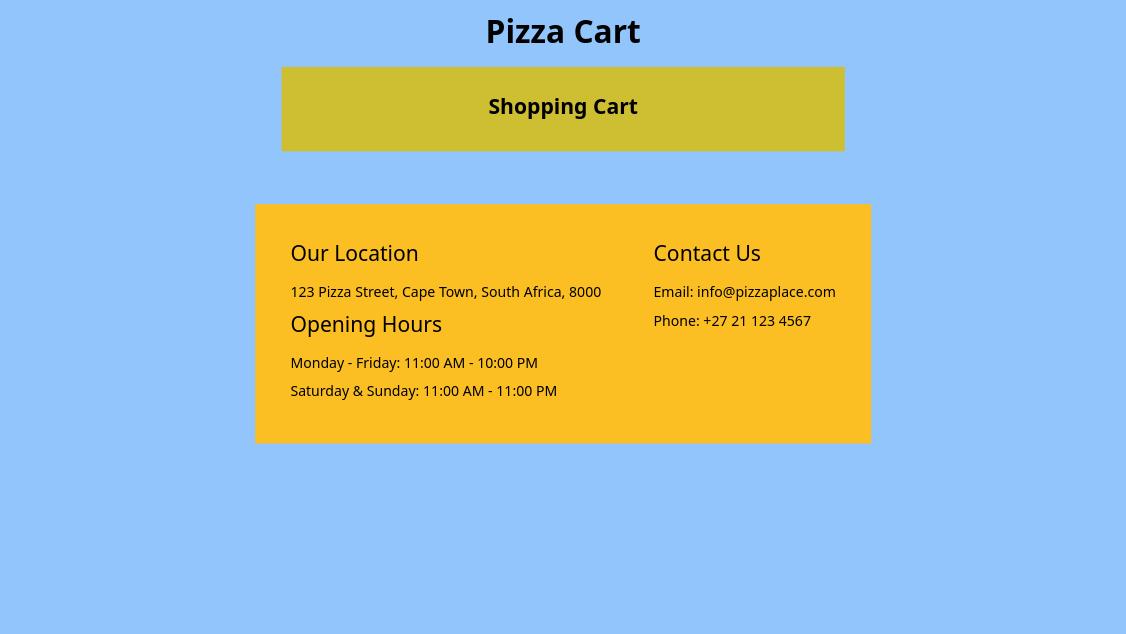
Repository: lasity34/pizza_cart
Page: index.html
The author's editor kept a copy of each file at every save. The page is drawn from the files as they stood at one save, then again after the next save.
The browser window is 1280 px wide. The pictures show the whole page, at 88% of full size.
Some web libraries are served in a nearby version.

Above is the page before, as saved 2023-07-11 09:50:44.

### index.html
<!DOCTYPE html>
<html lang="en">
  <head>
    <meta charset="UTF-8" />
    <meta name="viewport" content="width=device-width, initial-scale=1.0" />
    <title>Pizza Cart</title>
    <script src="//unpkg.com/alpinejs" defer></script>
    <link
      href="https://cdn.jsdelivr.net/npm/tailwindcss@2.1.2/dist/tailwind.min.css"
      rel="stylesheet"
    />
    <link href="./style.css" rel="stylesheet" />
  </head>
  <body class="bg-blue-300">
    <section class="flex justify-center items-center">
      <h1 class="text-4xl pt-4 font-bold">Pizza Cart</h1>
    </section>
    <section class="shop-container m-5 p-7 flex justify-center items-center flex-col max-w-screen-sm mx-auto">
      <h2 class="text-2xl mb-2 font-bold">Shopping Cart</h2>
      <!-- ... other code ... -->
    </section>
    <section class="pizza_columns">
        <div class="flex justify-around gap-4 max-w-screen-sm mx-auto">
          <!-- ... pizza cards code ... -->
        </div>
        <footer class="bg-yellow-400 text-black mt-10 p-10">
          <div class="container mx-auto flex justify-between">
            <div>
              <h2 class="text-2xl mb-4">Our Location</h2>
              <p class="mb-2">123 Pizza Street, Cape Town, South Africa, 8000</p>

              <h2 class="text-2xl mb-4">Opening Hours</h2>
              <p class="mb-2">Monday - Friday: 11:00 AM - 10:00 PM</p>
              <p class="mb-2">Saturday & Sunday: 11:00 AM - 11:00 PM</p>
            </div>
            <div>
              <h2 class="text-2xl mb-4">Contact Us</h2>
              <p class="mb-2">Email: info@pizzaplace.com</p>
              <p class="mb-2">Phone: +27 21 123 4567</p>
            </div>
          </div>
        </footer>
    </section>
  </body>
</html>

### style.css

body {
    max-width: 700px;
    margin: 0 auto;
}

.shop-container {
    background-color: rgb(205, 190, 50);
}

After the next save:
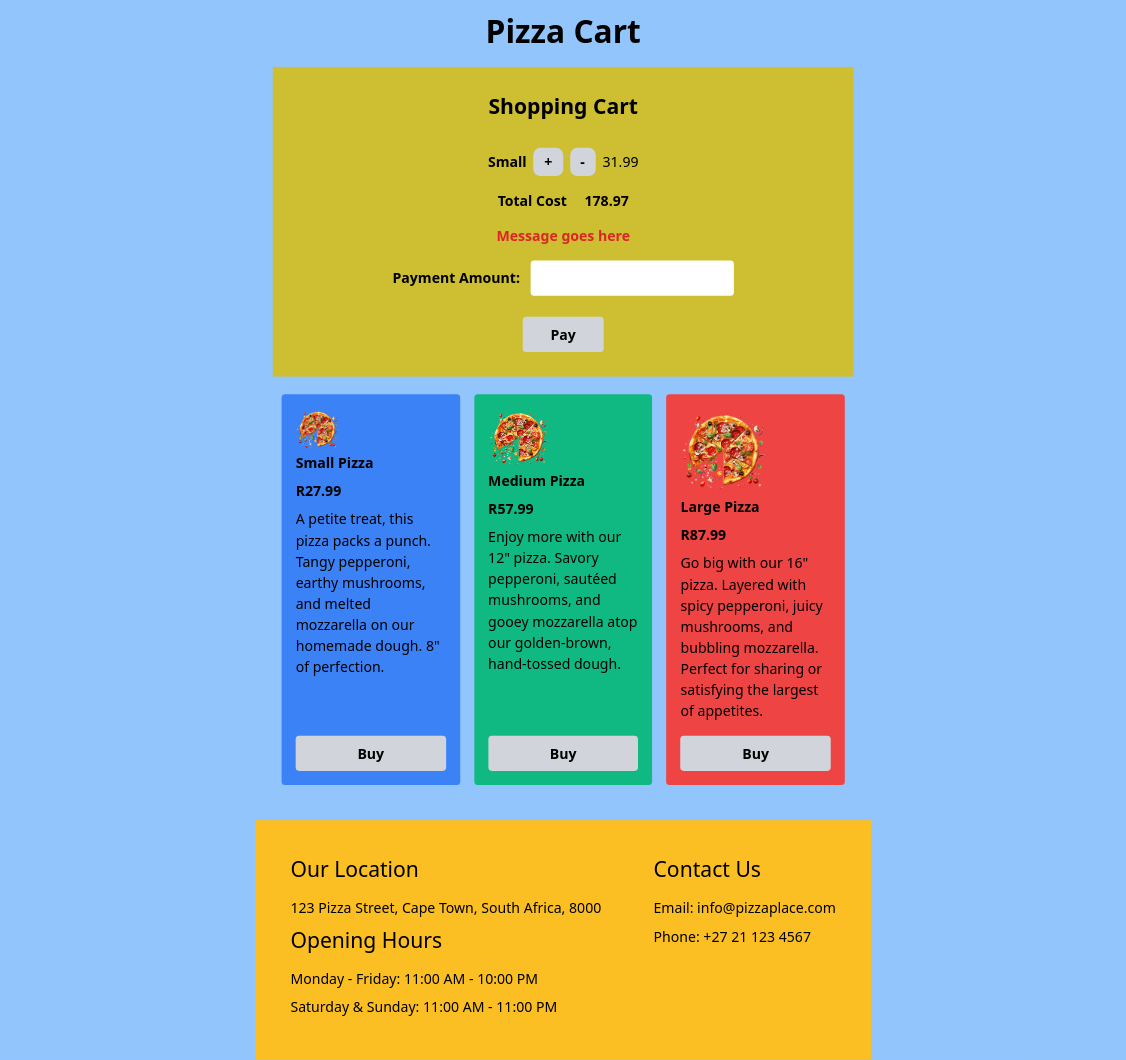
Saved 41 s later.
--- a/index.html
+++ b/index.html
@@ -15,31 +15,106 @@
     <section class="flex justify-center items-center">
       <h1 class="text-4xl pt-4 font-bold">Pizza Cart</h1>
     </section>
-    <section class="shop-container m-5 p-7 flex justify-center items-center flex-col max-w-screen-sm mx-auto">
+    <section
+      class="shop-container m-5 p-7 flex justify-center items-center flex-col"
+    >
       <h2 class="text-2xl mb-2 font-bold">Shopping Cart</h2>
-      <!-- ... other code ... -->
+      <div class="mt-6 flex flex-col items-center">
+        <div class="flex items-center">
+          <p class="font-bold mr-2">Small</p>
+          <button
+            class="bg-gray-300 hover:bg-gray-400 rounded-lg px-3 py-1 mr-2 font-bold"
+          >
+            +
+          </button>
+          <button
+            class="bg-gray-300 hover:bg-gray-400 rounded-lg px-3 py-1 font-bold"
+          >
+            -
+          </button>
+          <p class="ml-2">31.99</p>
+        </div>
+        <div class="flex mt-4">
+          <p class="font-bold">Total Cost</p>
+          <p class="ml-5 font-bold">178.97</p>
+        </div>
+        <div class="mt-4">
+          <p class="text-red-600 font-bold">Message goes here</p>
+        </div>
+        <div class="mt-4">
+          <label class="font-bold">Payment Amount:</label>
+          <input type="text" class="rounded ml-2 py-2" />
+        </div>
+        <div class="mt-6">
+          <button
+            class="bg-gray-300 hover:bg-gray-400 py-2 px-8 rounded font-bold"
+          >
+            Pay
+          </button>
+        </div>
+      </div>
     </section>
     <section class="pizza_columns">
         <div class="flex justify-around gap-4 max-w-screen-sm mx-auto">
-          <!-- ... pizza cards code ... -->
-        </div>
-        <footer class="bg-yellow-400 text-black mt-10 p-10">
-          <div class="container mx-auto flex justify-between">
-            <div>
-              <h2 class="text-2xl mb-4">Our Location</h2>
-              <p class="mb-2">123 Pizza Street, Cape Town, South Africa, 8000</p>
-
-              <h2 class="text-2xl mb-4">Opening Hours</h2>
-              <p class="mb-2">Monday - Friday: 11:00 AM - 10:00 PM</p>
-              <p class="mb-2">Saturday & Sunday: 11:00 AM - 11:00 PM</p>
+            <div class="pizza_sm bg-blue-500 rounded p-4 w-64 flex flex-col justify-between text-black">
+              <div>
+                <img src="./pizza.png" width="50" />
+                <h3 class="mb-2 font-bold">Small Pizza</h3>
+                <h3 class="mb-2 font-bold">R27.99</h3>
+                <p class="mb-4">
+                  A petite treat, this pizza packs a punch. Tangy pepperoni, earthy
+                  mushrooms, and melted mozzarella on our homemade dough. 8" of
+                  perfection.
+                </p>
+              </div>
+              <button class="bg-gray-300 hover:bg-gray-400 transition-colors duration-300 py-2 px-4 rounded font-bold">Buy</button>
             </div>
-            <div>
-              <h2 class="text-2xl mb-4">Contact Us</h2>
-              <p class="mb-2">Email: info@pizzaplace.com</p>
-              <p class="mb-2">Phone: +27 21 123 4567</p>
+            <div class="pizza_md bg-green-500 rounded p-4 w-64 flex flex-col justify-between text-black">
+              <div>
+                <img src="./pizza.png" width="70" />
+                <h3 class="mb-2 font-bold">Medium Pizza</h3>
+                <h3 class="mb-2 font-bold">R57.99</h3>
+                <p class="mb-4">
+                  Enjoy more with our 12" pizza. Savory pepperoni, sautéed mushrooms, and gooey mozzarella atop our golden-brown, hand-tossed dough.
+                </p>
+              </div>
+              <button class="bg-gray-300 hover:bg-gray-400 transition-colors duration-300 py-2 px-4 rounded font-bold">Buy</button>
+            </div>
+            <div class="pizza_lg bg-red-500 rounded p-4 w-64 flex flex-col justify-between text-black">
+              <div>
+                <img src="./pizza.png" width="100" />
+                <h3 class="mb-2 font-bold">Large Pizza</h3>
+                <h3 class="mb-2 font-bold">R87.99</h3>
+                <p class="mb-4">
+                  Go big with our 16" pizza. Layered with spicy pepperoni, juicy mushrooms, and bubbling mozzarella. Perfect for sharing or satisfying the largest of appetites.
+                </p>
+              </div>
+              <button class="bg-gray-300 hover:bg-gray-400 transition-colors duration-300 py-2 px-4 rounded font-bold">Buy</button>
             </div>
           </div>
-        </footer>
+          <footer class="bg-yellow-400 text-black mt-10 p-10">
+            <div class="container mx-auto flex justify-between">
+              <div>
+                <h2 class="text-2xl mb-4">Our Location</h2>
+                <p class="mb-2">123 Pizza Street, Cape Town, South Africa, 8000</p>
+
+                <h2 class="text-2xl mb-4">Opening Hours</h2>
+                <p class="mb-2">Monday - Friday: 11:00 AM - 10:00 PM</p>
+                <p class="mb-2">Saturday & Sunday: 11:00 AM - 11:00 PM</p>
+              </div>
+              <div>
+                <h2 class="text-2xl mb-4">Contact Us</h2>
+                <p class="mb-2">Email: info@pizzaplace.com</p>
+                <p class="mb-2">Phone: +27 21 123 4567</p>
+              </div>
+            </div>
+          </footer>
+
+
+
+
+
+
     </section>
   </body>
 </html>
